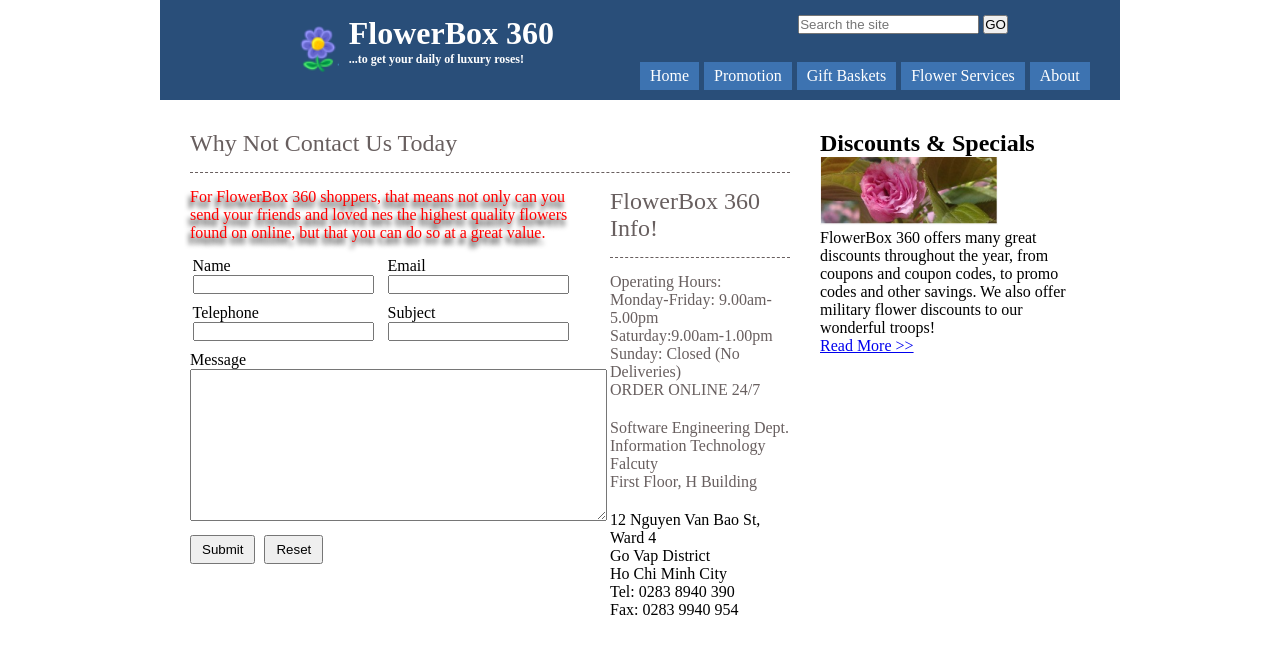
Repository: hoangnguyen1903/STT_21084321_NguyenHuyHoang_DHKHMT17B_Tuan4_DeThamKhao3
Page: html/demo.html
An editor plug-in stored every save of this project. The page is shown before and after the next save, followed by the edit.
The browser window is 1280 px wide. The pictures show the whole page.

Above is the page before, as saved 2023-03-09 15:06:52.

After the next save:
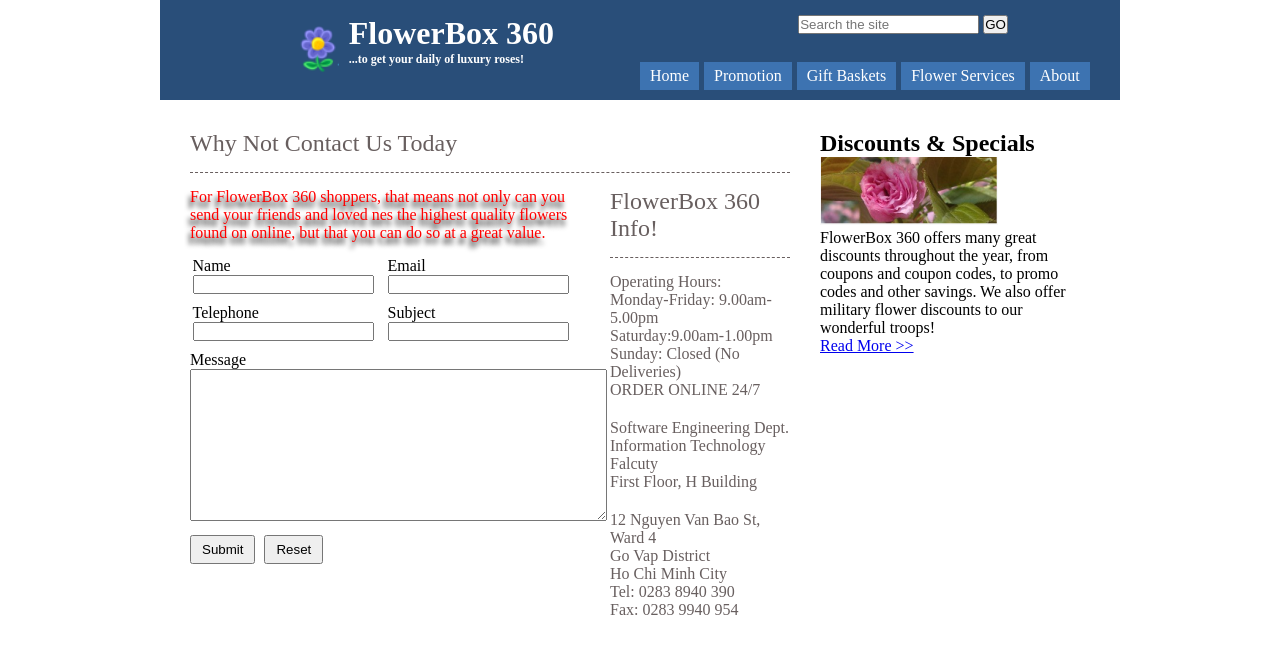
Saved 14 s later.
--- a/html/demo.html
+++ b/html/demo.html
@@ -182,7 +182,8 @@
         > .content__left
         > .content__left-bottom
         > .content__left-info
-        > div:not(:last-child) {
+        > div
+        > p {
         color: #685f5f;
       }
 
